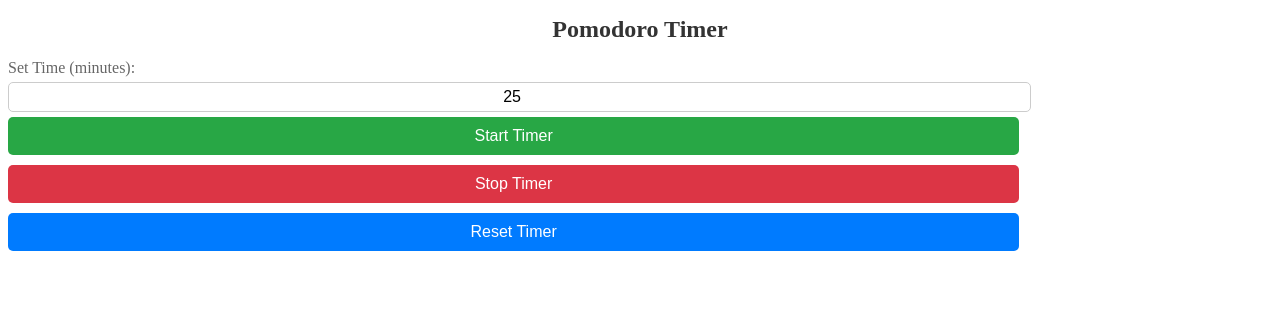
Repository: Prateek09102001/POMODORO-TIMER-UPDATEED-EXTENSIONS
Page: popup.html
These files come from the project's save history. The page is drawn as it stood at one moment and after a run of saves; the edit follows.
The browser window is 1280 px wide. The pictures show the whole page.

Above is the page before, as saved 2024-09-30 18:54:47.

### popup.html
<!DOCTYPE html>
<html lang="en">
<head>
    <meta charset="UTF-8">
    <meta name="viewport" content="width=device-width, initial-scale=1.0">
    <title>Pomodoro Timer</title>
    <link rel="stylesheet" href="style.css">
</head>
<body>
    <h1>Pomodoro Timer</h1>
    <label for="minutes">Set Time (minutes):</label>
    <input type="number" id="minutes" min="1" value="25">
    <button id="start">Start Timer</button>
    <button id="stop">Stop Timer</button>
    <button id="reset">Reset Timer</button>
    <p id="status"></p> <!-- To show the timer status -->

    <script src="popup.js"></script>
</body>
</html>

### style.css
<style>
        body {
            font-family: 'Arial', sans-serif;
            padding: 10px;
            background-color: #f7f9fc;
            border-radius: 10px;
            box-shadow: 0 0 10px rgba(0, 0, 0, 0.1);
            width: 250px;
        }
        h1 {
            font-size: 1.5em;
            text-align: center;
            color: #333;
        }
        label {
            display: block;
            margin: 10px 0 5px;
            color: #666;
        }
        input[type="number"] {
            width: 80%;
            padding: 5px;
            border-radius: 5px;
            border: 1px solid #ccc;
            text-align: center;
            font-size: 1em;
        }
        button {
            width: 80%;
            padding: 10px;
            margin: 5px auto;
            border: none;
            border-radius: 5px;
            color: #fff;
            font-size: 1em;
            cursor: pointer;
            transition: background-color 0.3s, transform 0.2s;
        }
        #start {
            background-color: #28a745; /* Green */
        }
        #stop {
            background-color: #dc3545; /* Red */
        }
        #reset {
            background-color: #007bff; /* Blue */
        }
        button:hover {
            transform: scale(1.05);
        }
        #status {
            margin-top: 10px;
            text-align: center;
            color: #333;
            font-weight: bold;
        }
    </style>

### popup.js
document.getElementById('start').addEventListener('click', () => {
    const minutes = parseInt(document.getElementById('minutes').value);
    if (isNaN(minutes) || minutes <= 0) {
        alert("Please enter a valid number of minutes.");
        return;
    }
    const seconds = minutes * 60; // Convert to seconds
    chrome.storage.local.set({ timerDuration: seconds }, () => {
        chrome.runtime.sendMessage({ action: "startTimer" });
        document.getElementById('status').innerText = "Timer started for " + minutes + " minutes.";
        window.close(); // Close the popup
    });
});

document.getElementById('stop').addEventListener('click', () => {
    chrome.runtime.sendMessage({ action: "stopTimer" });
    document.getElementById('status').innerText = "Timer stopped.";
    window.close(); // Close the popup
});

document.getElementById('reset').addEventListener('click', () => {
    chrome.runtime.sendMessage({ action: "resetTimer" });
    document.getElementById('status').innerText = "Timer reset.";
    window.close(); // Close the popup
});

After the next 3 saves:
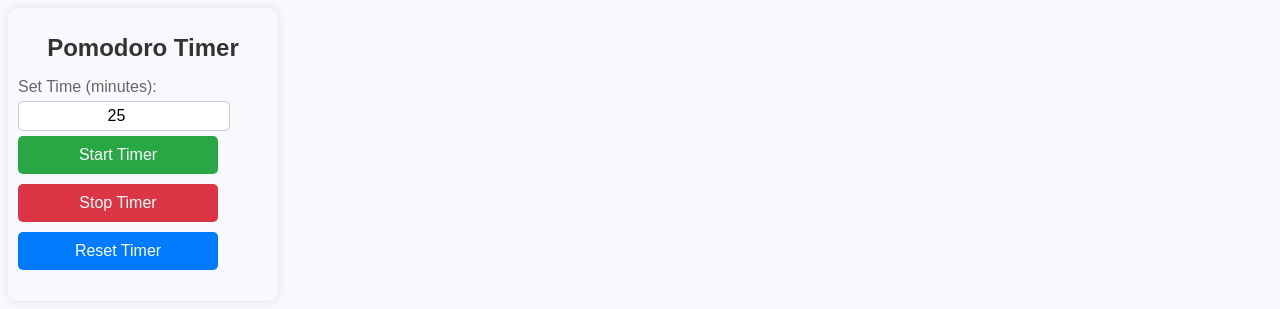
The 3 saves are shown as one change because they came seconds apart.
The last was saved 10 s later.
--- a/style.css
+++ b/style.css
@@ -1,57 +1,67 @@
-<style>
-        body {
-            font-family: 'Arial', sans-serif;
-            padding: 10px;
-            background-color: #f7f9fc;
-            border-radius: 10px;
-            box-shadow: 0 0 10px rgba(0, 0, 0, 0.1);
-            width: 250px;
-        }
-        h1 {
-            font-size: 1.5em;
-            text-align: center;
-            color: #333;
-        }
-        label {
-            display: block;
-            margin: 10px 0 5px;
-            color: #666;
-        }
-        input[type="number"] {
-            width: 80%;
-            padding: 5px;
-            border-radius: 5px;
-            border: 1px solid #ccc;
-            text-align: center;
-            font-size: 1em;
-        }
-        button {
-            width: 80%;
-            padding: 10px;
-            margin: 5px auto;
-            border: none;
-            border-radius: 5px;
-            color: #fff;
-            font-size: 1em;
-            cursor: pointer;
-            transition: background-color 0.3s, transform 0.2s;
-        }
-        #start {
-            background-color: #28a745; /* Green */
-        }
-        #stop {
-            background-color: #dc3545; /* Red */
-        }
-        #reset {
-            background-color: #007bff; /* Blue */
-        }
-        button:hover {
-            transform: scale(1.05);
-        }
-        #status {
-            margin-top: 10px;
-            text-align: center;
-            color: #333;
-            font-weight: bold;
-        }
-    </style>
+body {
+    font-family: 'Arial', sans-serif;
+    padding: 10px;
+    background-color: #f7f9fc;
+    border-radius: 10px;
+    box-shadow: 0 0 10px rgba(0, 0, 0, 0.1);
+    width: 250px;
+}
+
+h1 {
+    font-size: 1.5em;
+    text-align: center;
+    color: #333;
+}
+
+label {
+    display: block;
+    margin: 10px 0 5px;
+    color: #666;
+}
+
+input[type="number"] {
+    width: 80%;
+    padding: 5px;
+    border-radius: 5px;
+    border: 1px solid #ccc;
+    text-align: center;
+    font-size: 1em;
+}
+
+button {
+    width: 80%;
+    padding: 10px;
+    margin: 5px auto;
+    border: none;
+    border-radius: 5px;
+    color: #fff;
+    font-size: 1em;
+    cursor: pointer;
+    transition: background-color 0.3s, transform 0.2s;
+}
+
+#start {
+    background-color: #28a745;
+    /* Green */
+}
+
+#stop {
+    background-color: #dc3545;
+    /* Red */
+}
+
+#reset {
+    background-color: #007bff;
+    /* Blue */
+}
+
+button:hover {
+    transform: scale(1.05);
+}
+
+#status {
+    margin-top: 10px;
+    text-align: center;
+    color: #333;
+    font-weight: bold;
+}
